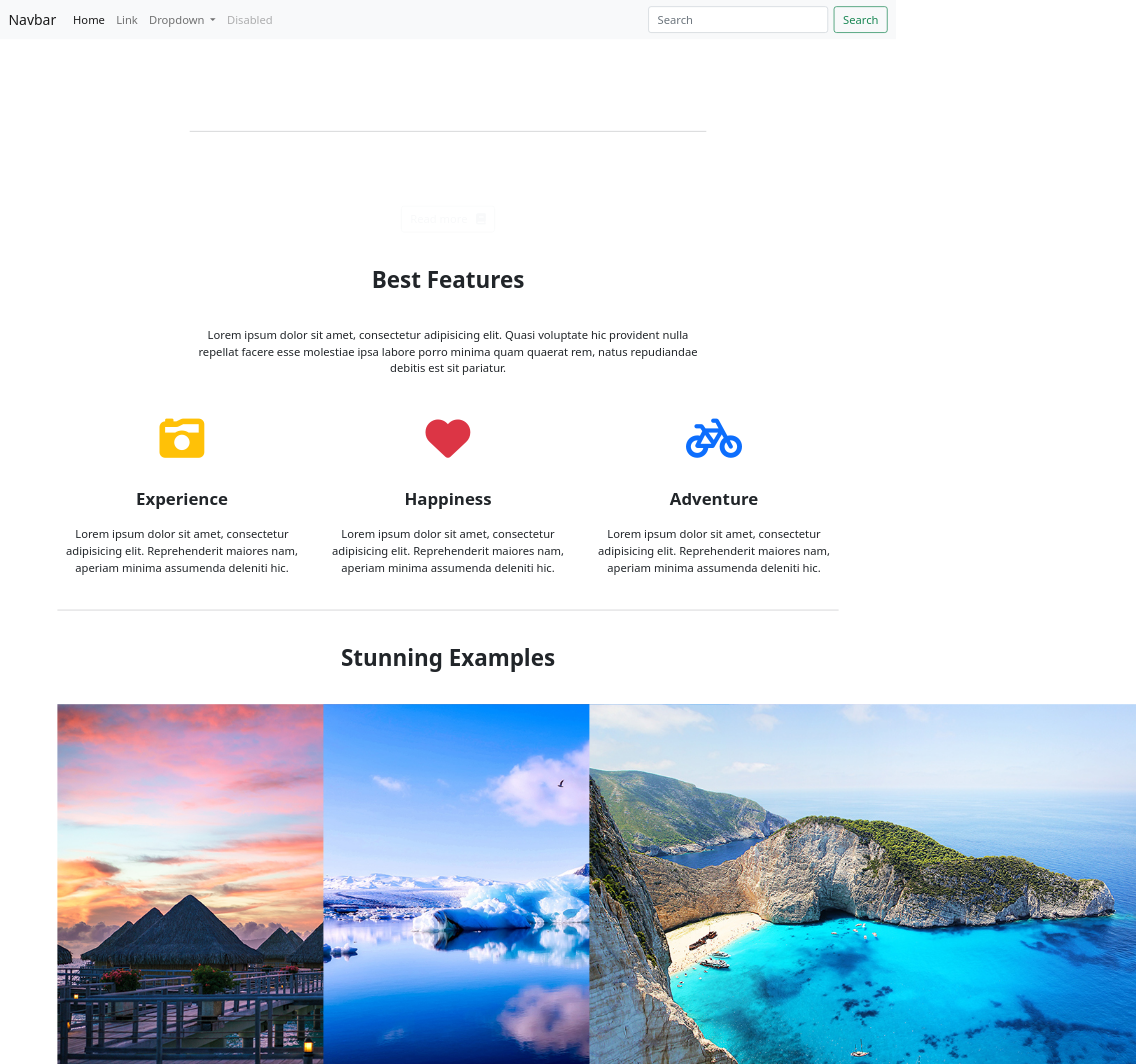
Repository: nptg3105/lab04-landing-page-boostrap5
Page: index.html
An editor plug-in stored every save of this project. The page is shown before and after the next save, followed by the edit.
The browser window is 1280 px wide. The page is 1623 px wide, so the pictures cover 1623 px, including what lies to the right of the window. The pictures show the part of the page from y = 0 to 1520 px (the page is 4162 px tall before and 4114 px after), at 70% of full size.

Above is the page before, as saved 2021-12-20 22:27:56.

After the next save:
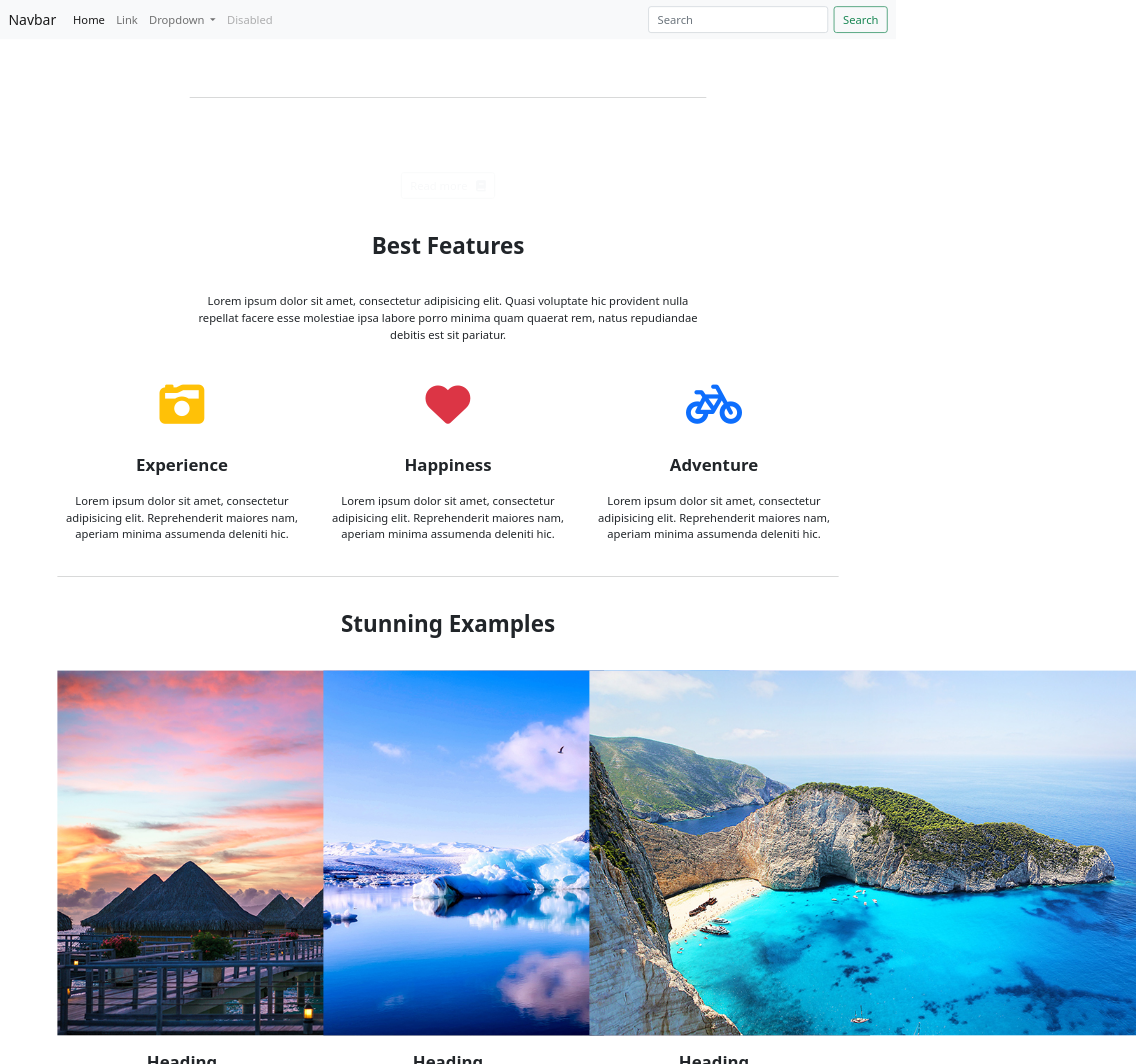
Saved 36 s later.
--- a/index.html
+++ b/index.html
@@ -94,7 +94,7 @@
         >
           <div class="row d-flex justify-content-center text-center">
             <div class="col-md-10">
-              <h1 class="text-white display-4 fw-bold pt-5 mb-2">Travel</h1>
+              <h1 class="text-white display-4 fw-bold mb-2">Travel</h1>
               <hr class="hr-light" />
               <h4 class="text-white my-4">
                 Lorem ipsum dolor sit amet, consectetur adipisicing elit.
